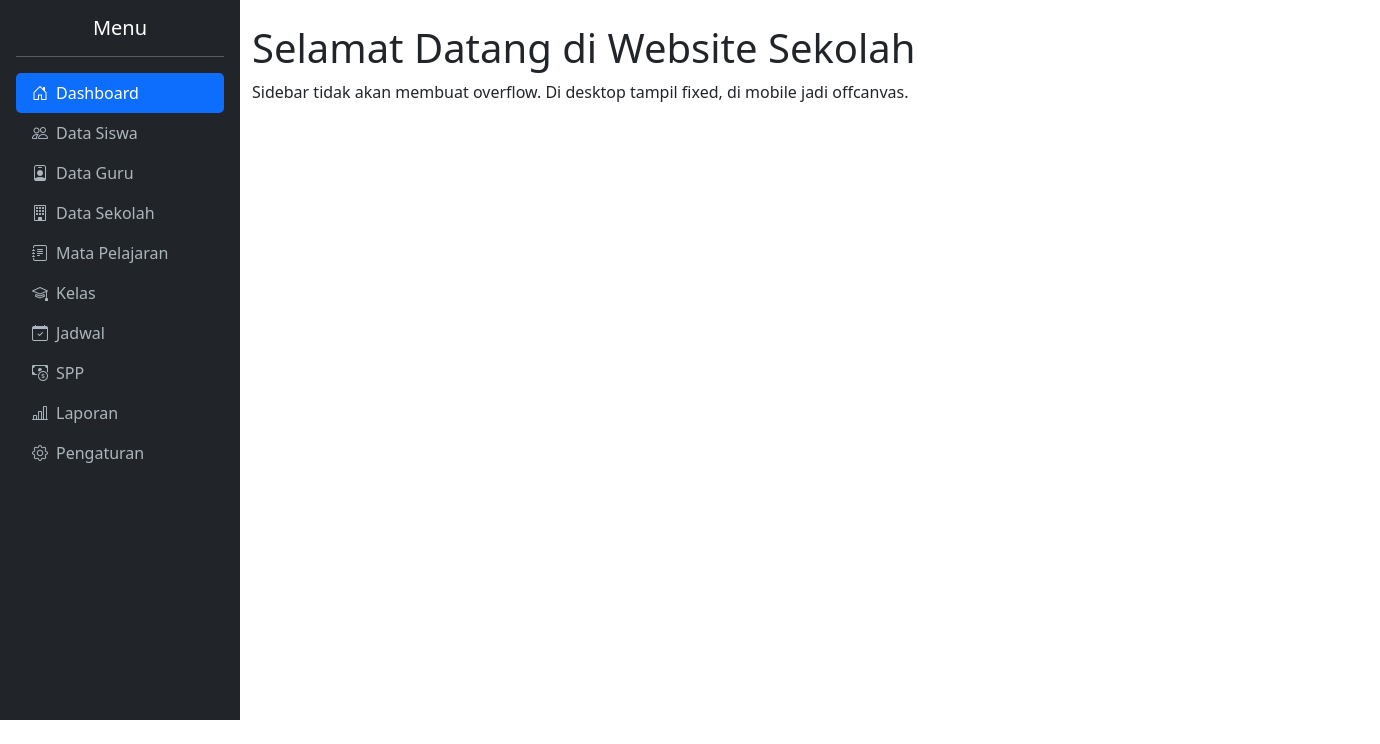
Repository: Jonathan123asd/userManual
Page: index.html
The author's editor kept a copy of each file at every save. The page is drawn from the files as they stood at one save, then again after a run of saves.
The browser window is 1280 px wide. The page is 1380 px wide, then 1280 px, so the pictures cover 1380 px, including what lies to the right of the window. The pictures show the whole page.

Above is the page before, as saved 2025-08-20 15:54:27.

After the next 2 saves:
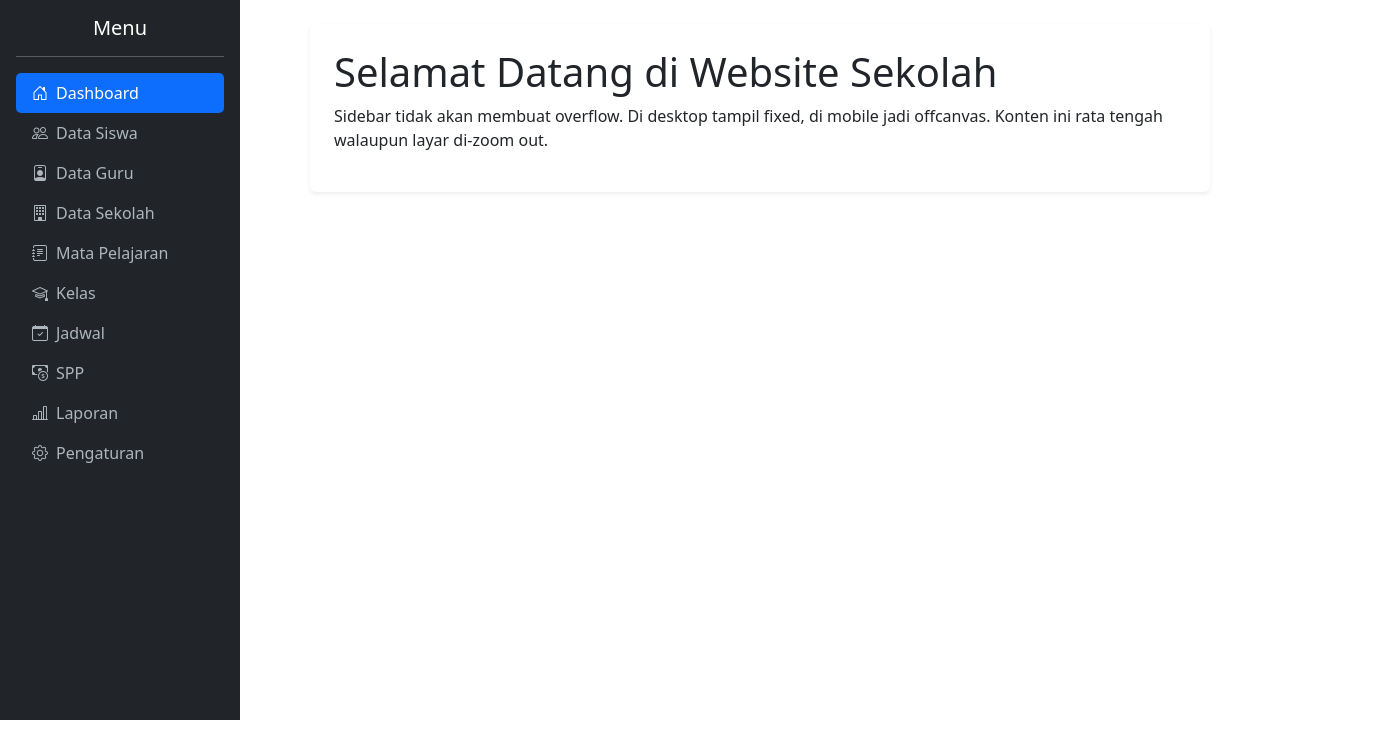
The 2 saves are shown as one change because they came seconds apart.
The last was saved 34 s later.
--- a/index.html
+++ b/index.html
@@ -97,9 +97,17 @@
   </div>
 
   <!-- Content -->
-  <div class="content container mt-4">
-    <h1>Selamat Datang di Website Sekolah</h1>
-    <p>Sidebar tidak akan membuat overflow. Di desktop tampil fixed, di mobile jadi offcanvas.</p>
+<div class="content">
+    <div class="container mt-4">
+      <div class="mx-auto bg-white p-4 rounded shadow-sm" style="max-width: 900px;">
+        <h1>Selamat Datang di Website Sekolah</h1>
+        <p>
+          Sidebar tidak akan membuat overflow.
+          Di desktop tampil fixed, di mobile jadi offcanvas.
+          Konten ini rata tengah walaupun layar di-zoom out.
+        </p>
+      </div>
+    </div>
   </div>
 
   <!-- Bootstrap JS -->
